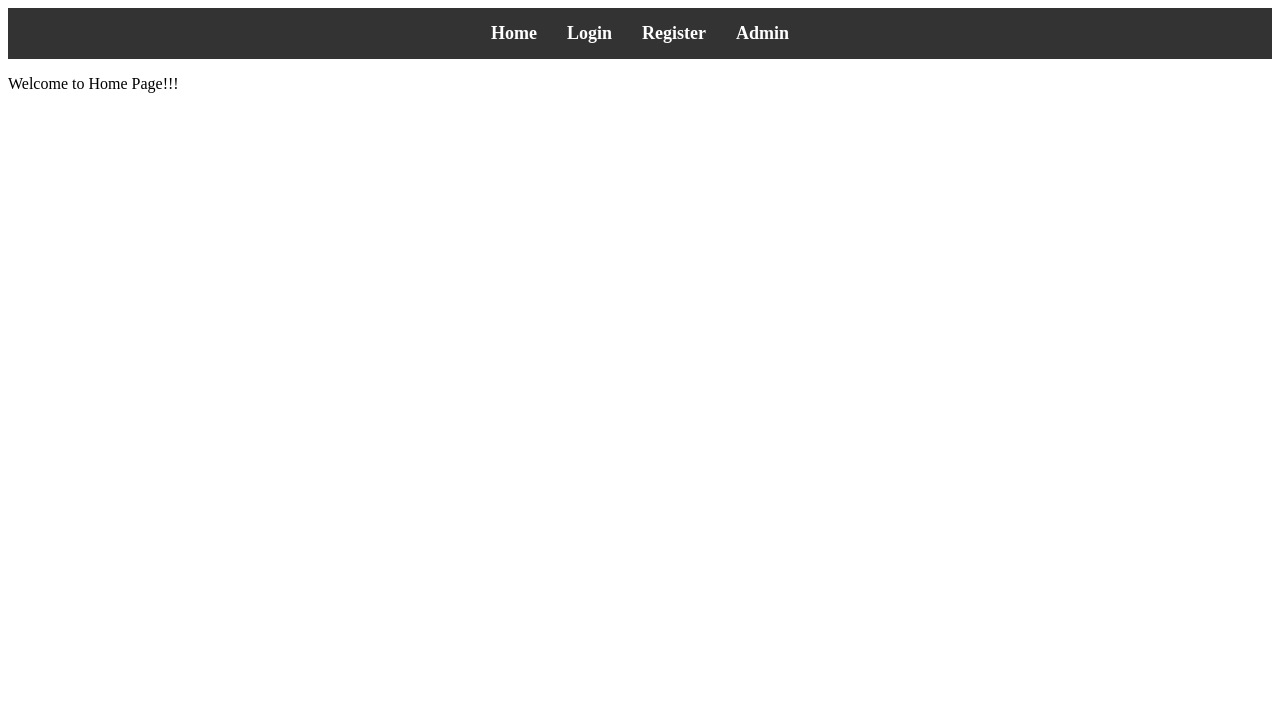
Repository: AhmedIbu/angular-login-app
Page: / (app in angular-login-app/)
An editor plug-in stored every save of this project. The page is shown before and after the next save, followed by the edit.
The browser window is 1280 px wide. The pictures show the whole page.
The project was rebuilt for these pictures with package versions that can differ from the ones it lists, and the page was loaded fresh each time. Also part of the build but not shown: angular-login-app/angular.json, angular-login-app/src/app/login/login.component.ts, angular-login-app/src/app/services/auth.service.ts, angular-login-app/src/app/register/register.component.ts, angular-login-app/src/app/services/user.service.ts, angular-login-app/src/app/admin-dashboard/admin-dashboard.component.ts, angular-login-app/src/app/admin-login/admin-login.component.ts, angular-login-app/src/app/user-dashboard/user-dashboard.component.ts.

Above is the page before, as saved 2025-02-21 11:10:16.

### angular-login-app/src/index.html
<!doctype html>
<html lang="en">
<head>
  <meta charset="utf-8">
  <title>AngularLoginApp</title>
  <base href="/">
  <meta name="viewport" content="width=device-width, initial-scale=1">
  <link rel="icon" type="image/x-icon" href="favicon.ico">
</head>
<body>
  <app-root></app-root>
</body>
</html>

### angular-login-app/src/styles.css
/*  app components css   */

/* Style the navigation bar */
.navbar {
  background: #333;
  padding: 15px;
  text-align: center;
}

/* Style the list */
.nav-list {
  list-style: none;
  padding: 0;
  margin: 0;
  display: flex;
  justify-content: center;
}

/* Style the navigation links */
.nav-list li {
  margin: 0 15px;
}

.nav-link {
  text-decoration: none;
  color: white;
  font-size: 18px;
  font-weight: bold;
  transition: color 0.3s ease-in-out;
}

/* Hover effect */
.nav-link:hover {
  color: #00c8ff;
}

/* Responsive design */
@media (max-width: 600px) {
  .nav-list {
    flex-direction: column;
  }

  .nav-list li {
    margin-bottom: 10px;
  }
}

### angular-login-app/src/main.ts
import { bootstrapApplication } from '@angular/platform-browser';
import { appConfig } from './app/app.config';
import { AppComponent } from './app/app.component';
import { provideHttpClient } from '@angular/common/http';

bootstrapApplication(AppComponent, {
  ...appConfig, // ✅ Spread existing config
  providers: [
    ...appConfig.providers, // ✅ Keep existing providers
    provideHttpClient() // ✅ Ensure HTTP client is provided
  ]
}).catch(err => console.error(err));

### angular-login-app/src/app/app.config.ts
import { ApplicationConfig } from '@angular/core';
import { provideRouter, Routes } from '@angular/router';
import { provideHttpClient } from '@angular/common/http';

// ✅ Import standalone components
import { HomeComponent } from './home/home.component';
import { LoginComponent } from './login/login.component';
import { RegisterComponent } from './register/register.component';
import { AdminDashboardComponent } from './admin-dashboard/admin-dashboard.component';
import { AdminLoginComponent } from './admin-login/admin-login.component';
import { UserDashboardComponent } from './user-dashboard/user-dashboard.component';

// ✅ Define routes
const routes: Routes = [
  { path: '', component: HomeComponent}, // Default route
  { path: 'login', component: LoginComponent },
  { path: 'register', component: RegisterComponent },
  { path: 'admin-login', component: AdminLoginComponent },
  { path: 'user-dashboard', component: UserDashboardComponent },
  { path: 'admin-dashboard', component: AdminDashboardComponent },
  { path: '**', redirectTo: 'user-dashboard' } // Catch-all for unknown routes
];

export const appConfig: ApplicationConfig = {
  providers: [
    provideRouter(routes),
    provideHttpClient()
  ]
};

### angular-login-app/src/app/app.component.ts
import { Component } from '@angular/core';
import { RouterModule } from '@angular/router';

@Component({
  selector: 'app-root',
  standalone: true,
  imports: [RouterModule],
  templateUrl: './app.component.html',
  styleUrls: ['./app.component.css','../styles.css']
})
export class AppComponent { }

### angular-login-app/src/app/home/home.component.ts
import { Component } from '@angular/core';
import { Router } from '@angular/router';

@Component({
  selector: 'app-home',
  standalone: true,
  templateUrl: './home.component.html',
  styleUrls: ['./home.component.css']
})
export class HomeComponent {
  constructor(private router: Router) {}

  navigateToAdminLogin() {
    console.log("Navigating to Admin Login...");
    this.router.navigate(['/admin-login']);
  }
}

### angular-login-app/src/app/app.component.html
<nav class="navbar">
  <ul class="nav-list">
    <li><a routerLink="/" class="nav-link">Home</a></li>
    <li><a routerLink="/login" class="nav-link">Login</a></li>
    <li><a routerLink="/register" class="nav-link">Register</a></li>
    <li><a routerLink="/admin-login" class="nav-link">Admin</a></li>
  </ul>
</nav>

<router-outlet></router-outlet>

### angular-login-app/src/app/home/home.component.html
<div class=""></div>
<p class="home">Welcome to Home Page!!!</p>

### angular-login-app/src/app/home/home.component.css
/* Center the content */
.home-container {
    display: flex;
    justify-content: center;
    align-items: center;
    height: 80vh;
    text-align: center;
    background: linear-gradient(135deg, #89f7fe, #66a6ff);
    color: #fff;
    font-family: 'Arial', sans-serif;
  }

  /* Styling the welcome text */
  .home-container h1 {
    font-size: 2.5rem;
    font-weight: bold;
    text-shadow: 2px 2px 4px rgba(0, 0, 0, 0.2);
    padding: 20px;
    border-radius: 10px;
    background: rgba(0, 0, 0, 0.1);
  }

  /* Add a subtle animation */
  @keyframes fadeIn {
    from {
      opacity: 0;
      transform: translateY(-20px);
    }
    to {
      opacity: 1;
      transform: translateY(0);
    }
  }

  .home-container h1 {
    animation: fadeIn 1s ease-in-out;
  }

Loaded but not shown: angular-login-app/src/app/app.component.css (no stored copy; drawn as an empty file)

After the next save:
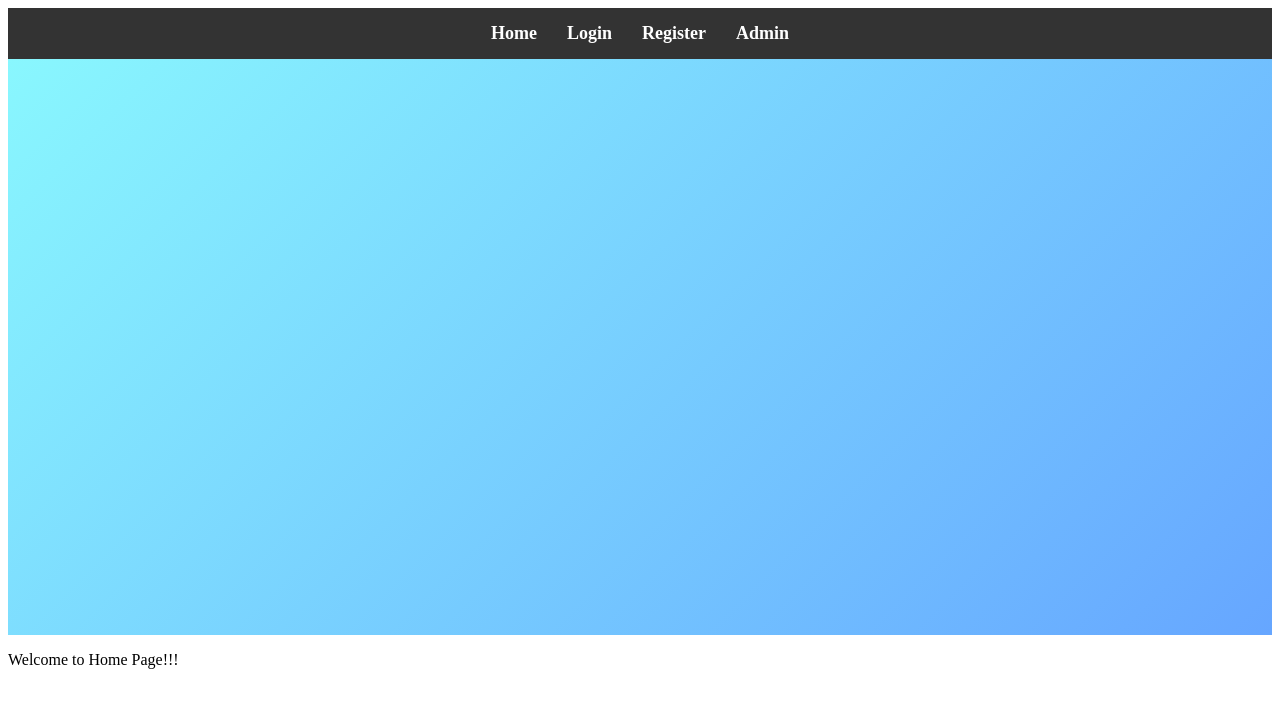
Saved 5 s later.
--- a/angular-login-app/src/app/home/home.component.html
+++ b/angular-login-app/src/app/home/home.component.html
@@ -1,2 +1,2 @@
-<div class=""></div>
+<div class="home-container"></div>
 <p class="home">Welcome to Home Page!!!</p>
